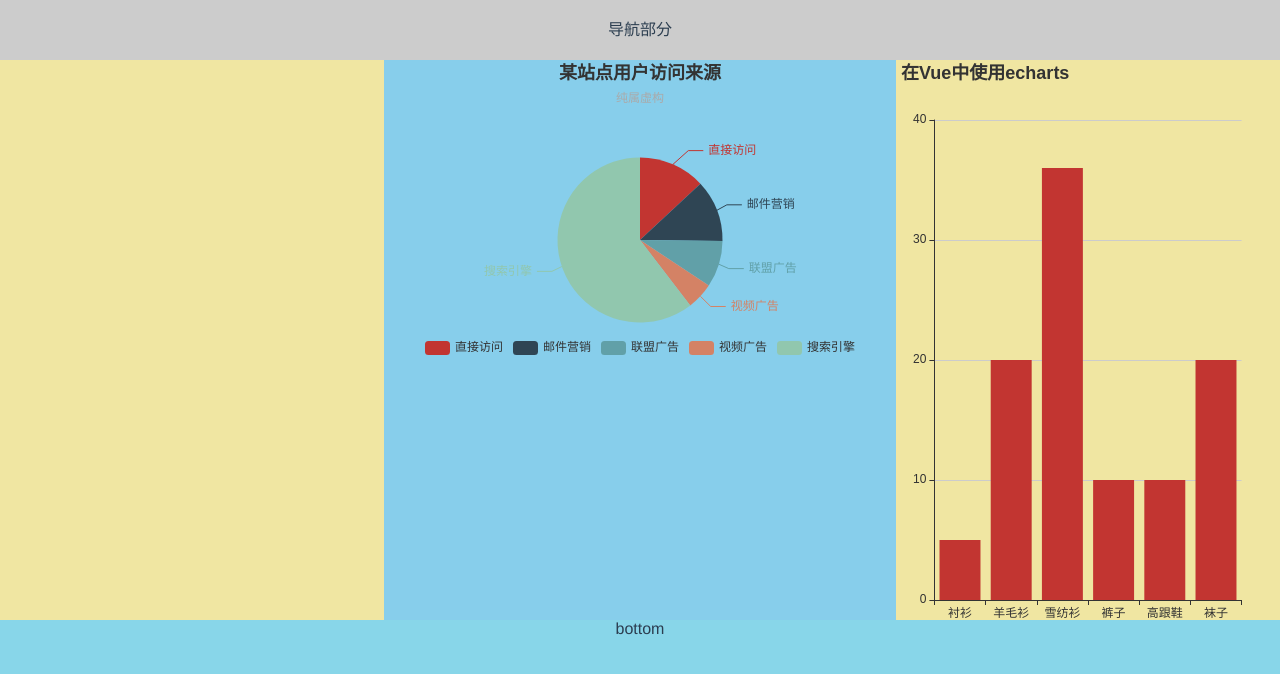
Repository: nyy-2017/vue-echarts
Page: /
An editor plug-in stored every save of this project. The page is shown before and after the next save, followed by the edit.
The browser window is 1280 px wide. The pictures show the whole page.
The project was rebuilt for these pictures with package versions that can differ from the ones it lists, and the page was loaded fresh each time.

Above is the page before, as saved 2019-07-09 09:38:35.

### src/main.js
import Vue from 'vue'
import App from './App'
import router from './router'
// 引入echarts
import echarts from 'echarts'

Vue.prototype.$echarts = echarts

Vue.config.productionTip = false

/* eslint-disable no-new */
new Vue({
  el: '#app',
  router,
  render: h => h(App)
})

### src/components/HelloWorld.vue
<template>
    <div id="all">
      <div class="contains">
        <div id="top">导航部分</div>
        <div id="content">
            <div class="left">
            </div>
            <div class="center">
              <myEcharts></myEcharts>
            </div>
            <div class="right">
              <div id="myChart" :style="{width: '100%', height: '600px'}"></div>
            </div>
        </div>
        <div id="bottom">bottom</div>
      </div>
    </div>
</template>


<script>
import myEcharts from "../demo/myEcharts.vue"
// 引入基本模板
let echarts = require('echarts/lib/echarts')
// 引入柱状图组件
require('echarts/lib/chart/bar')
// 引入提示框和title组件
require('echarts/lib/component/tooltip')
require('echarts/lib/component/title')
export default {
  components: {
    myEcharts
  },
  data () {
    return {
    }
  },
  methods:{

    drawLine(){
            // 基于准备好的dom，初始化echarts实例
            let myChart = this.$echarts.init(document.getElementById('myChart'))
            // 绘制图表
            myChart.setOption({
                title: { text: '在Vue中使用echarts' },
                tooltip: {},
                xAxis: {
                    data: ["衬衫","羊毛衫","雪纺衫","裤子","高跟鞋","袜子"]
                },
                yAxis: {},
                series: [{
                    name: '销量',
                    type: 'bar',
                    data: [5, 20, 36, 10, 10, 20]
                }]
            });
        }
  },
  created(){
  },
  mounted(){
    this.drawLine();
  },
}
</script>


<style>
#chart{
 display:flex;
 }
#all{
   margin:0;
   padding:0;
   width: 100%;
   height: 100%;
 }
 .contains{
   width: 100%;
   min-width: 500px;
 }
#top{
    position:absolute;
    top:0;
    left:0;
    background-color:#ccc;
    height:60px;
    line-height: 60px;
    width:100%;
    z-index:100;
}
#bottom{
    position:absolute;
    bottom:0;
    left:0;
    background-color:#88D6E9;
    height:100px;
    width:100%;
    z-index:100;
}

#content{
    position:absolute;
    width:100%;
    overflow:auto;
    background-color:#F0E6A2;
    bottom:100px;
    top:60px;
    left: 0;
    right: 0;
    z-index:90;
    display: flex;
    flex-direction: row;
}
  .left{
    width: 30%;
    height: 100%;
  }
  .center{
    width: 40%;
    height: 100%;
    background-color: skyblue;

  }
  .right{
    width: 30%;
    height: 100%;
  }
</style>

### src/demo/myEcharts.vue
<template>
    <div class="pie">
        <div id="pie1">
            <!-- 为 ECharts 准备一个具备大小（宽高）的 DOM -->
            <div id="main1" style="float:left;width:100%;height: 300px"></div>
        </div>
        <div id="pie2">
            <div id="main2" style="float:left;width:100%;height: 300px"></div>
        </div>
    </div>
</template>

<script>
    var echarts = require('echarts');

    export default {
        data() {
            return {
                // 数据
                data1: [],
            }
        },
        mounted() {
            this.initData();
        },
        methods: {
            //初始化数据
            initData() {
                var myChart = echarts.init(document.getElementById('main1'));
                window.onresize = myChart.resize
                // 绘制图表
                myChart.setOption({
                    title : {
                        text: '某站点用户访问来源',
                        subtext: '纯属虚构',
                        x:'center'
                    },
                    tooltip : {
                        trigger: 'item',
                        formatter: "{a} <br/>{b} : {c} ({d}%)"
                    },
                    legend: {
                        orient: 'vertical',
                        bottom: 'bottom',
                        data: ['直接访问','邮件营销','联盟广告','视频广告','搜索引擎']
                    },
                    series : [
                        {
                            name: '访问来源',
                            type: 'pie',
                            radius : '55%',
                            center: ['50%', '60%'],
                            data:[
                                {value:335, name:'直接访问'},
                                {value:310, name:'邮件营销'},
                                {value:234, name:'联盟广告'},
                                {value:135, name:'视频广告'},
                                {value:1548, name:'搜索引擎'}
                            ],
                            itemStyle: {
                                emphasis: {
                                    shadowBlur: 10,
                                    shadowOffsetX: 0,
                                    shadowColor: 'rgba(0, 0, 0, 0.5)'
                                }
                            }
                        }
                    ]
                });

            },
        }
    }
</script>

Loaded but not shown: src/App.vue (common file); src/router/index.js (common file)

After the next save:
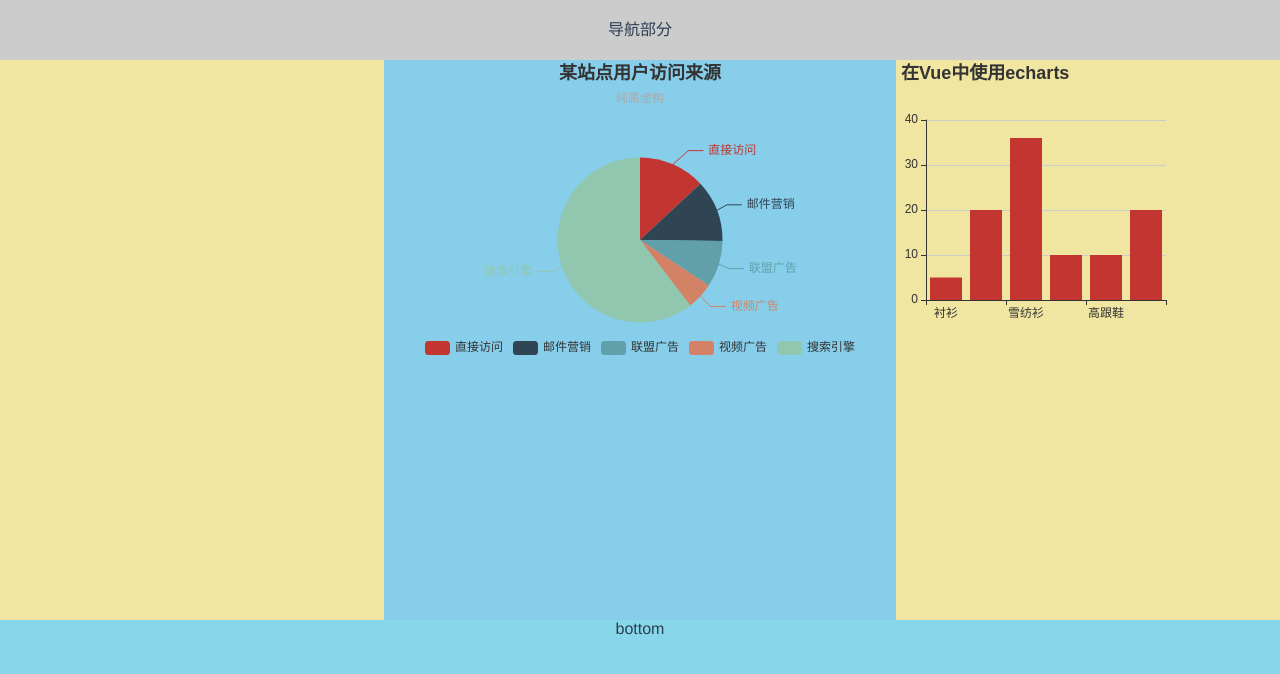
Saved 54 s later.
--- a/src/components/HelloWorld.vue
+++ b/src/components/HelloWorld.vue
@@ -9,7 +9,7 @@
               <myEcharts></myEcharts>
             </div>
             <div class="right">
-              <div id="myChart" :style="{width: '100%', height: '600px'}"></div>
+              <div id="myChart" :style="{width: '300px', height: '300px'}"></div>
             </div>
         </div>
         <div id="bottom">bottom</div>
